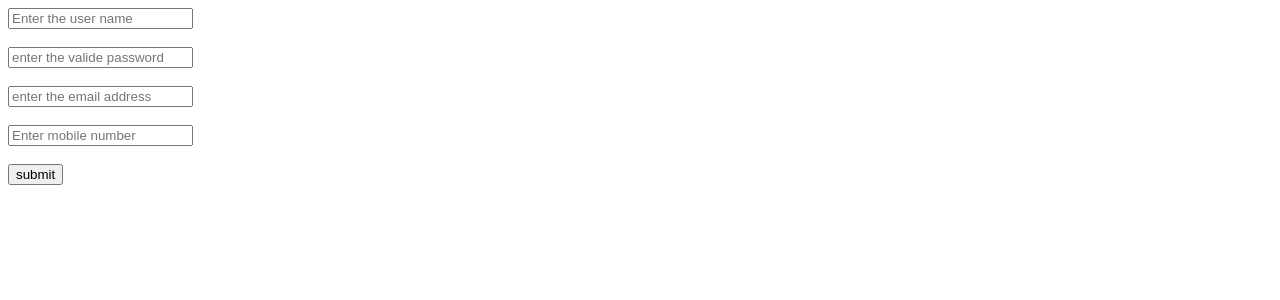
Repository: LSLParvathi/WebApplications
Page: http://localhost/loginpage/Resources/jsp/Register.jsp
An editor plug-in stored every save of this project. The page is shown before and after the next save, followed by the edit.
The browser window is 1280 px wide. The pictures show the whole page.
The page is served by Tomcat 9.

Above is the page before, as saved 2020-02-14 06:18:44.

After the next save:
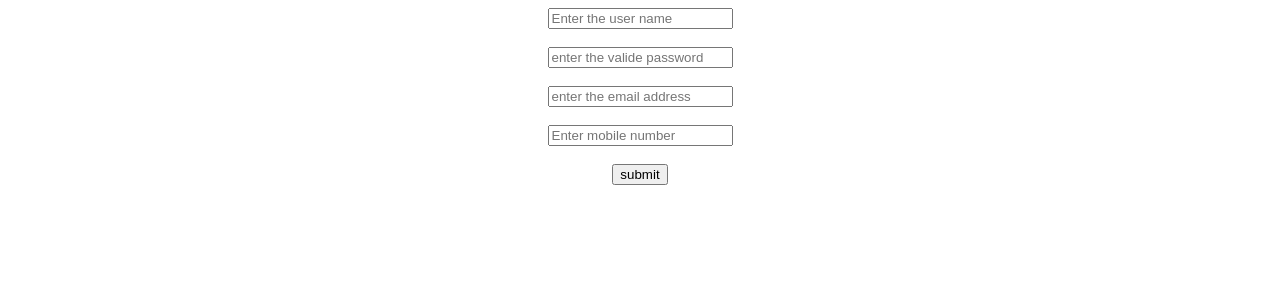
Saved 30 s later.
--- a/loginpage/WebContent/Resources/jsp/Register.jsp
+++ b/loginpage/WebContent/Resources/jsp/Register.jsp
@@ -7,7 +7,7 @@
         <title>Registration Page</title>
     </head>
   <body>
-        <form action="login.jsp">
+        <form action="login.jsp" align="center">
           <div class="RegistrationPage">
             <input type="text" name="user" placeholder="Enter the user name"><br><br>
             <input type="password" name="pass" placeholder="enter the valide password"><br><br>
